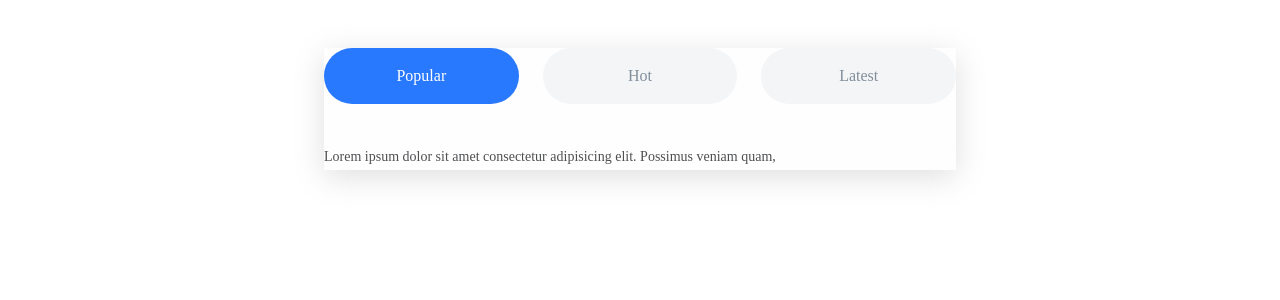
Repository: tungts3qb/Javascript
Page: tab.html
The author's editor kept a copy of each file at every save. The page is drawn from the files as they stood at one save, then again after the next save.
The browser window is 1280 px wide. The pictures show the whole page.

Above is the page before, as saved 2022-12-25 01:04:06.

After the next save:
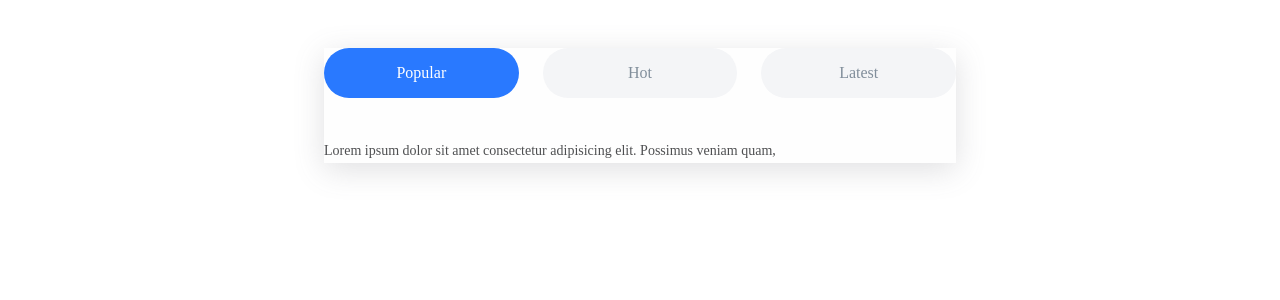
Saved 16 s later.
--- a/style.css
+++ b/style.css
@@ -83,7 +83,7 @@
 
 .tab-item {
   cursor: pointer;
-  padding: 1.2rem 2rem;
+  padding: 1rem 2rem;
   border-radius: 5rem;
   color: #818e9b;
   background-color: #f4f5f7;
